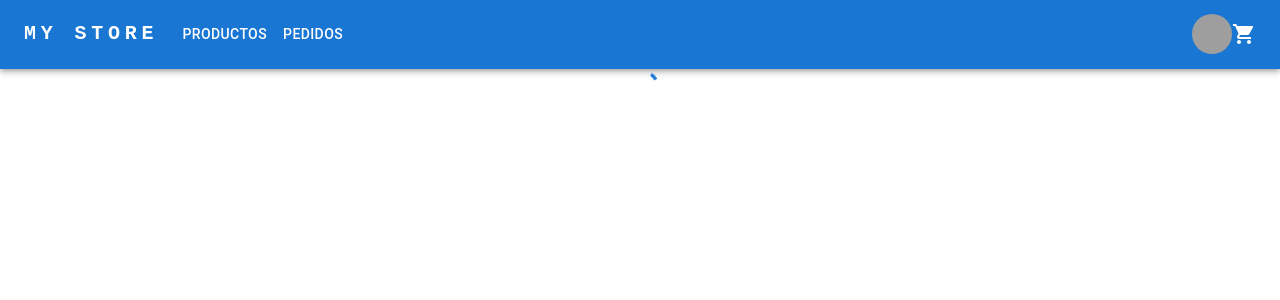
Repository: DanielBorussia/front-my-store
Page: /
An editor plug-in stored every save of this project. The page is shown before and after the next save, followed by the edit.
The browser window is 1280 px wide. The pictures show the whole page.
Pictures or frames that could not be fetched are drawn as grey boxes. The page's requests for data from a server got no answer. The project was rebuilt for these pictures with package versions that can differ from the ones it lists, and the page was loaded fresh each time. No one was signed in, and anything a server would have sent is missing. Also part of the build but not shown: src/components/ProductItem.js.

Above is the page before, as saved 2023-07-01 02:04:05.

After the next save:
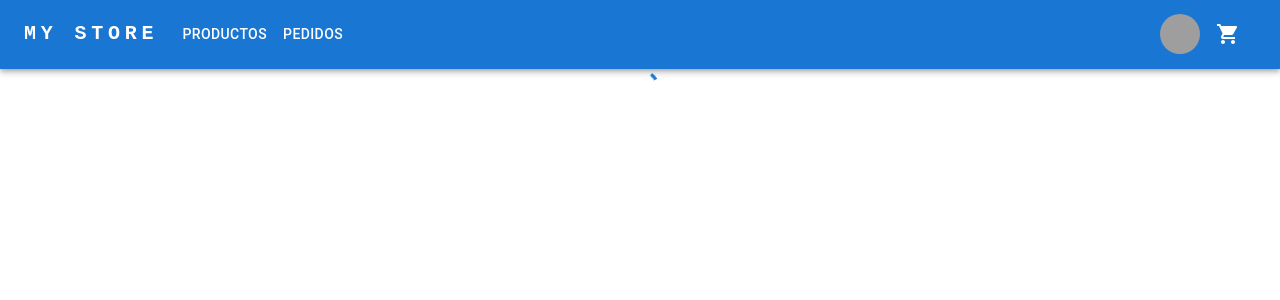
Saved 11 s later.
--- a/src/components/Header.js
+++ b/src/components/Header.js
@@ -159,13 +159,13 @@ const Header = () => {
               ))}
             </Menu>
           </Box>
-
+          <Box sx={{ margin: 2 }}>
             <Tooltip title="Car">
               <IconButton color="inherit" sx={{ p: 0 }}>
                <ShoppingCartIcon />
               </IconButton>
             </Tooltip>
-
+          </Box>
         </Toolbar>
       </Container>
     </AppBar>
